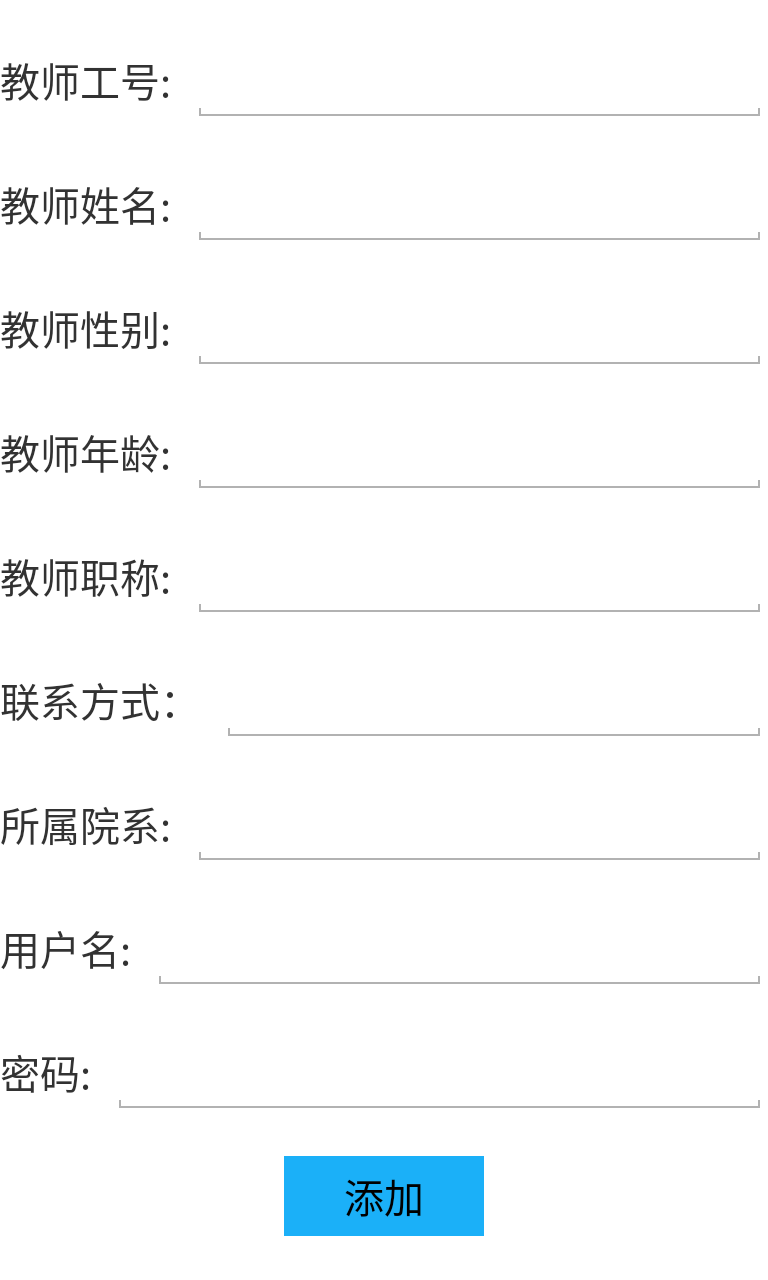
Repository: 15862175370/MyProject
Layout: 毕业设计系统源码_李伟/client/TeachSystem/res/layout/addteacher.xml
The author's editor kept a copy of each file at every save. The layout is drawn from the files as they stood at one save, then again after the next save.
It is drawn on a 768 x 1280 px phone screen (xhdpi) without system bars, with theme AppTheme; the app's code is not run.

Above is the layout before, as saved 2016-05-20 09:09:37.

### 毕业设计系统源码_李伟/client/TeachSystem/res/layout/addteacher.xml
<?xml version="1.0" encoding="utf-8"?>
<ScrollView xmlns:android="http://schemas.android.com/apk/res/android"
     android:layout_width="match_parent"
    android:layout_height="match_parent"
    >
<LinearLayout
    android:layout_width="match_parent"
    android:layout_height="match_parent"
    android:orientation="vertical" >
    <LinearLayout
     android:id="@+id/cno_linearlayout"
      android:layout_width="match_parent"
        android:layout_height="wrap_content"
        android:orientation="horizontal"
        android:layout_marginTop="20dp"
        >
        <TextView
         android:id="@+id/teacher_tn"
         android:layout_width="wrap_content"
         android:layout_height="wrap_content"
         android:textSize="20dp"
         android:text="教师工号:"/>
        <EditText
            android:layout_marginLeft="10dp"
            android:id="@+id/myteacher_tno"
         android:layout_width="match_parent"
         android:layout_height="wrap_content"
          android:textSize="20dp"

            />

    </LinearLayout>
 <LinearLayout
     android:id="@+id/cno"
      android:layout_width="match_parent"
        android:layout_height="wrap_content"
        android:orientation="horizontal"
        android:layout_marginTop="20dp"
        >
        <TextView
         android:id="@+id/teach"
         android:layout_width="wrap_content"
         android:layout_height="wrap_content"
         android:textSize="20dp"
         android:text="教师姓名:"/>
        <EditText
            android:layout_marginLeft="10dp"
            android:id="@+id/myteacher_tname"
         android:layout_width="match_parent"
         android:layout_height="wrap_content"
          android:textSize="20dp"

            />

    </LinearLayout>


     <LinearLayout
     android:id="@+id/cname_linearlayout"
      android:layout_width="match_parent"
        android:layout_height="wrap_content"
        android:orientation="horizontal"
        android:layout_marginTop="20dp"

        >
        <TextView
         android:id="@+id/teacher_se"
         android:layout_width="wrap_content"
         android:layout_height="wrap_content"
         android:textSize="20dp"
         android:text="教师性别:"/>
        <EditText
              android:layout_marginLeft="10dp"
            android:id="@+id/myteacher_sex"
         android:layout_width="match_parent"
         android:layout_height="wrap_content"
          android:textSize="20dp"

            />

    </LinearLayout>


      <LinearLayout
     android:id="@+id/ctime_linearlayout"
      android:layout_width="match_parent"
        android:layout_height="wrap_content"
        android:orientation="horizontal"
        android:layout_marginTop="20dp"

        >
        <TextView
         android:id="@+id/mytea"
         android:layout_width="wrap_content"
         android:layout_height="wrap_content"
         android:textSize="20dp"
         android:text="教师年龄:"/>
        <EditText
              android:layout_marginLeft="10dp"
            android:id="@+id/myteacher_age"
         android:layout_width="match_parent"
         android:layout_height="wrap_content"
          android:textSize="20dp"

            />

    </LinearLayout>


       <LinearLayout
     android:id="@+id/cadress_linearlayout"
      android:layout_width="match_parent"
        android:layout_height="wrap_content"
        android:orientation="horizontal"
        android:layout_marginTop="20dp"

        >
        <TextView
         android:id="@+id/myteacher_pro"
         android:layout_width="wrap_content"
         android:layout_height="wrap_content"
         android:textSize="20dp"
         android:text="教师职称:"/>
        <EditText
              android:layout_marginLeft="10dp"
            android:id="@+id/teacher_prof"
         android:layout_width="match_parent"
         android:layout_height="wrap_content"
          android:textSize="20dp"

            />

    </LinearLayout>

        <LinearLayout
     android:id="@+id/content_linearlayout"
      android:layout_width="match_parent"
        android:layout_height="wrap_content"
        android:orientation="horizontal"
        android:layout_marginTop="20dp"

        >
        <TextView
         android:id="@+id/teacher_phone"
         android:layout_width="wrap_content"
         android:layout_height="wrap_content"
         android:textSize="20dp"
         android:text="联系方式："/>
        <EditText
              android:layout_marginLeft="10dp"
            android:id="@+id/myteacher_phone"
         android:layout_width="match_parent"
         android:layout_height="wrap_content"
          android:textSize="20dp"

            />

    </LinearLayout>

         <LinearLayout
     android:id="@+id/teacher_linearlayout"
      android:layout_width="match_parent"
        android:layout_height="wrap_content"
        android:orientation="horizontal"
        android:layout_marginTop="20dp"

        >
        <TextView
         android:id="@+id/teacher_textview"
         android:layout_width="wrap_content"
         android:layout_height="wrap_content"
         android:textSize="20dp"
         android:text="所属院系:"/>
        <EditText
              android:layout_marginLeft="10dp"
            android:id="@+id/myteacher_dept"
         android:layout_width="match_parent"
         android:layout_height="wrap_content"
          android:textSize="20dp"

            />

    </LinearLayout>


           <LinearLayout
     android:id="@+id/teacher_linearlay"
      android:layout_width="match_parent"
        android:layout_height="wrap_content"
        android:orientation="horizontal"
        android:layout_marginTop="20dp"

        >
        <TextView
         android:id="@+id/teacher_user"
         android:layout_width="wrap_content"
         android:layout_height="wrap_content"
         android:textSize="20dp"
         android:text="用户名:"/>
        <EditText
              android:layout_marginLeft="10dp"
            android:id="@+id/myteacher_user"
         android:layout_width="match_parent"
         android:layout_height="wrap_content"
          android:textSize="20dp"

            />

    </LinearLayout>




        <LinearLayout
     android:id="@+id/teacher_line"
      android:layout_width="match_parent"
        android:layout_height="wrap_content"
        android:orientation="horizontal"
        android:layout_marginTop="20dp"

        >
        <TextView
         android:id="@+id/teacher_pass"
         android:layout_width="wrap_content"
         android:layout_height="wrap_content"
         android:textSize="20dp"
         android:text="密码:"/>
        <EditText
              android:layout_marginLeft="10dp"
            android:id="@+id/myteacher_pass"
         android:layout_width="match_parent"
         android:layout_height="wrap_content"
          android:textSize="20dp"

            />

    </LinearLayout>



    <RelativeLayout
           android:layout_height="wrap_content"
             android:layout_width="match_parent"
             android:layout_marginTop="20dp"

            >
            <Button
                android:layout_centerInParent="true"
                android:layout_marginLeft="30dp"
             android:id="@+id/myteacher_message"
             android:layout_height="40dp"
               android:layout_width="100dp"
               android:background="#1bb0f8"
               android:textSize="20dp"
               android:text="添加"
                />
        </RelativeLayout>


</LinearLayout>
</ScrollView>

### 毕业设计系统源码_李伟/client/TeachSystem/res/drawable/biankuang.xml
<?xml version="1.0" encoding="utf-8"?>
<shape xmlns:android="http://schemas.android.com/apk/res/android" >
     <solid android:color="#FFFFFF" />
    <corners android:radius="3dip"/>
    <stroke
        android:width="1dip"
        android:color="#728ea3" />

</shape>

Loaded but not shown: 毕业设计系统源码_李伟/client/TeachSystem/res/values/styles.xml (common file); 毕业设计系统源码_李伟/client/TeachSystem/res/values-v11/styles.xml (common file); 毕业设计系统源码_李伟/client/TeachSystem/res/values-v14/styles.xml (common file)

After the next save:
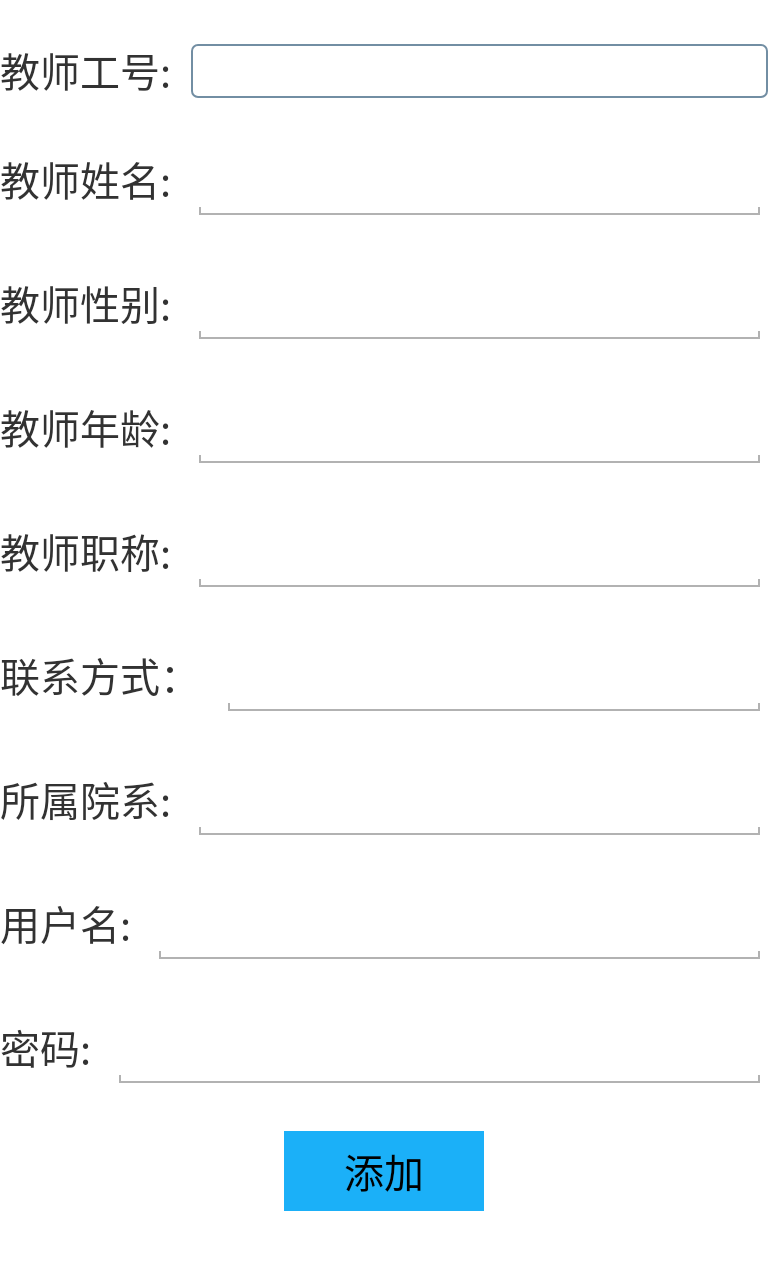
Saved 2 min 8 s later.
--- a/毕业设计系统源码_李伟/client/TeachSystem/res/layout/addteacher.xml
+++ b/毕业设计系统源码_李伟/client/TeachSystem/res/layout/addteacher.xml
@@ -26,7 +26,7 @@
          android:layout_width="match_parent"
          android:layout_height="wrap_content"
           android:textSize="20dp"
-
+         android:background="@drawable/biankuang"
             />
 
     </LinearLayout>
